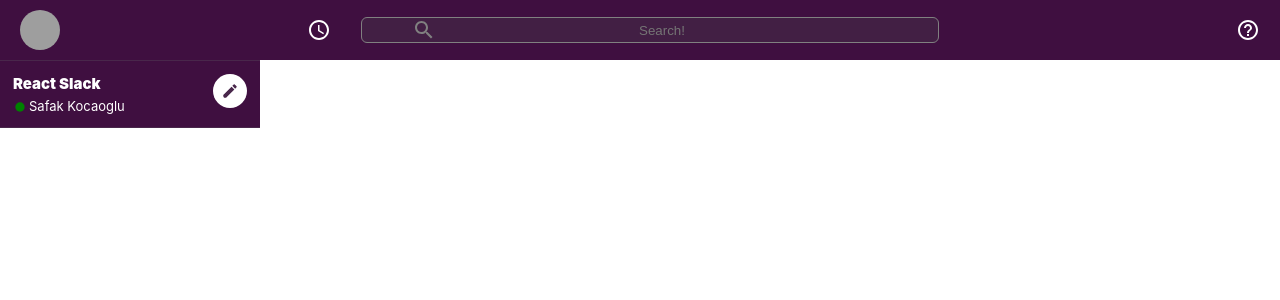
Repository: mminhaz93/React-Slack-Clone
Page: /
An editor plug-in stored every save of this project. The page is shown before and after the next save, followed by the edit.
The browser window is 1280 px wide. The pictures show the whole page.
Pictures or frames that could not be fetched are drawn as grey boxes. The project was rebuilt for these pictures with package versions that can differ from the ones it lists, and the page was loaded fresh each time. Also part of the build but not shown: src/components/SidebarOption.css.

Above is the page before, as saved 2020-08-13 21:16:59.

### src/index.css
* {
  margin: 0;
}

body {
  margin: 0;
  font-family: -apple-system, BlinkMacSystemFont, 'Segoe UI', 'Roboto', 'Oxygen',
    'Ubuntu', 'Cantarell', 'Fira Sans', 'Droid Sans', 'Helvetica Neue',
    sans-serif;
  -webkit-font-smoothing: antialiased;
  -moz-osx-font-smoothing: grayscale;
}

code {
  font-family: source-code-pro, Menlo, Monaco, Consolas, 'Courier New',
    monospace;
}

### src/App.js
import React from 'react';
import './App.css';
import Header from "./components/Header"
import Sidebar from "./components/Sidebar"

function App() {
  return (
    <div className="App">
      <Header />
      <div className="appBody">
        <Sidebar />
      </div>
    </div>
  );
}

export default App;

### src/components/Header.js
import React from "react";
import "./Header.css";
import { Avatar } from "@material-ui/core";
import { AccessTime, Search, HelpOutline } from "@material-ui/icons";

const Header = () => {
  return (
    <div className="header">
      <div className="headerLeft">
        <Avatar className="headerAvatar" alt="Safak" src="safak" />
        <AccessTime />
      </div>
      <div className="headerSearch">
        <Search />
        <input placeholder="Search!" />
      </div>
      <div className="headerRight">
        <HelpOutline />
      </div>
    </div>
  );
};

export default Header;

### src/components/Sidebar.js
import React from "react";
import "./Sidebar.css";
import { FiberManualRecord, Create } from "@material-ui/icons";
import SidebarOption from "./SidebarOption";

const Sidebar = () => {
  return (
    <div className="sidebar">
      <div className="sidebarHeader">
        <div className="sidebarInfo">
          <h2>React Slack</h2>
          <h3>
            <FiberManualRecord />
            Safak Kocaoglu
          </h3>
        </div>
        <Create />
        <SidebarOption title="Threads" />
        <SidebarOption />
        <SidebarOption />
        <SidebarOption />
        <SidebarOption />
        <SidebarOption />
        <SidebarOption />
      </div>
    </div>
  );
};

export default Sidebar;

### src/components/Header.css
.header {
  display: flex;
  align-items: center;
  justify-content: space-between;
  padding: 10px 0;
  background-color: var(--slack-color);
  color: white;
}

.headerLeft {
  flex: 0.3;
  display: flex;
  align-items: center;
  margin-left: 20px;
}

.headerLeft > .MuiSvgIcon-root {
  margin-left: auto;
  margin-right: 30px;
}

.headerSearch {
  flex: 0.4;
  background-color: #421f44;
  text-align: center;
  display: flex;
  padding: 0 50px;
  color: gray;
  border: 1px solid gray;
  border-radius: 6px;
}

.headerSearch > input {
  background-color: transparent;
  border: none;
  text-align: center;
  min-width: 35vw;
}

.headerRight {
  flex: 0.3;
  display: flex;
  align-items: flex-end;
}

.headerRight > .MuiSvgIcon-root {
    margin-left: auto;
    margin-right: 20px;
  }

### src/components/Sidebar.css
.sidebar {
  background-color: var(--slack-color);
  border-top: 1px solid #49274b;
  max-width: 260px;
  color: white;
}

.sidebarHeader {
  display: flex;
  border-bottom: 1px solid #49274b;
  padding-bottom: 10px;
  padding: 13px;
}

.sidebarInfo {
  flex: 1;
}

.sidebarInfo > h2 {
  font-size: 15px;
  font-weight: 900;
  margin-bottom: 5px;
}

.sidebarInfo > h3 {
  display: flex;
  align-items: center;
  font-size: 13px;
  font-weight: 400;
}

.sidebarInfo > h3 > .MuiSvgIcon-root {
  font-size: 14px;
  margin-top: 1px;
  margin-right: 2px;
  color: green;
}

.sidebarHeader > .MuiSvgIcon-root {
  padding: 8px;
  color: #49274b;
  font-size: 18px;
  background-color: white;
  border-radius: 999px;
}

### src/components/SidebarOption.js
import React from "react";
import "./SidebarOption.css";

const SidebarOption = ({Icon,title}) => {
  return <div className="sidebarOption">
      {Icon && <Icon className="sidebarOptionIcon"/>}
  </div>;
};

export default SidebarOption;

Loaded but not shown: public/index.html (common file); src/index.js (common file); src/serviceWorker.js (common file); src/App.css (common file)

After the next save:
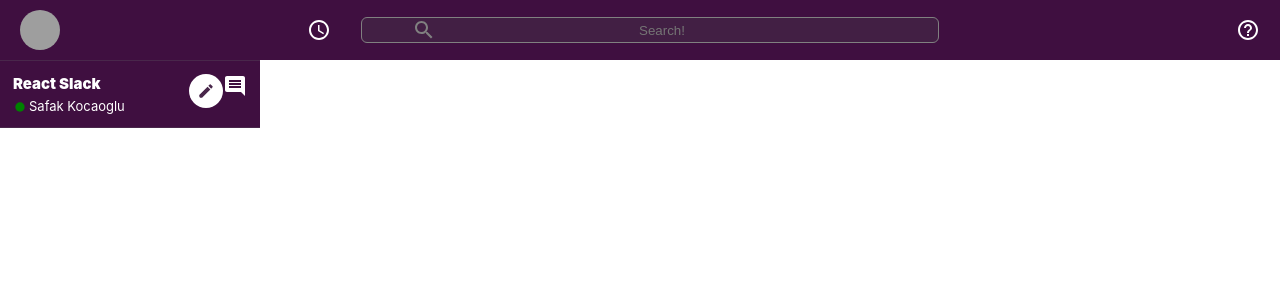
Saved 23 s later.
--- a/src/components/Sidebar.js
+++ b/src/components/Sidebar.js
@@ -1,6 +1,6 @@
 import React from "react";
 import "./Sidebar.css";
-import { FiberManualRecord, Create } from "@material-ui/icons";
+import { FiberManualRecord, Create, InsertComment } from "@material-ui/icons";
 import SidebarOption from "./SidebarOption";
 
 const Sidebar = () => {
@@ -15,7 +15,7 @@
           </h3>
         </div>
         <Create />
-        <SidebarOption title="Threads" />
+        <SidebarOption Icon={InsertComment} title="Threads" />
         <SidebarOption />
         <SidebarOption />
         <SidebarOption />
